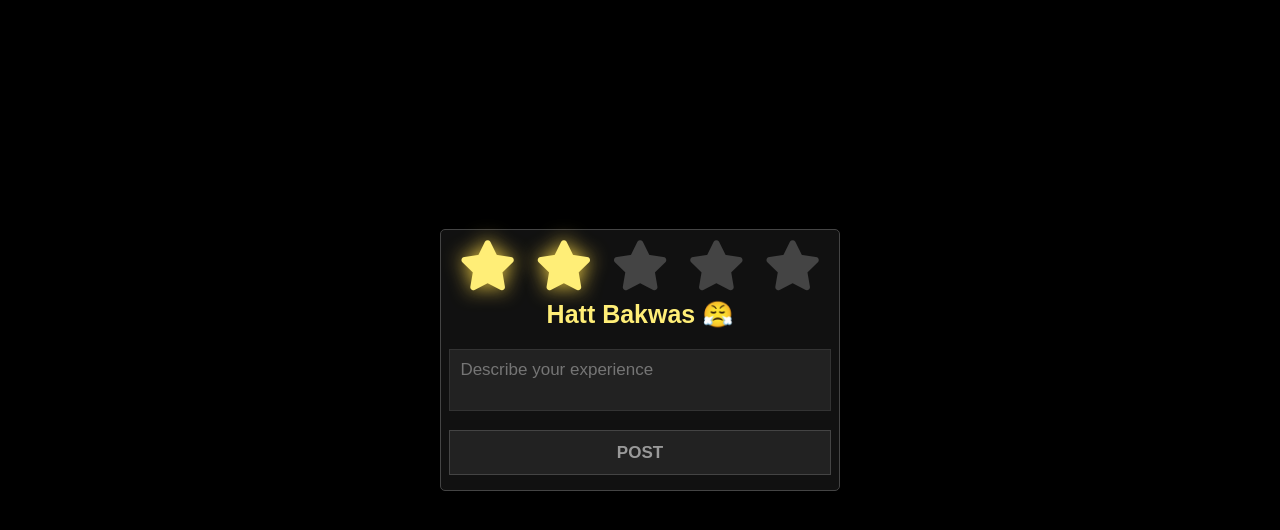
Repository: Suryansh-D/Star-Ratings
Page: index.html
These files come from the project's save history. The page is drawn as it stood at one moment and after the next save; the edit follows.
The browser window is 1280 px wide. The pictures show the whole page.
The first `#rate-2` is checked.

Above is the page before, as saved 2024-02-03 10:17:08.

After the next save:
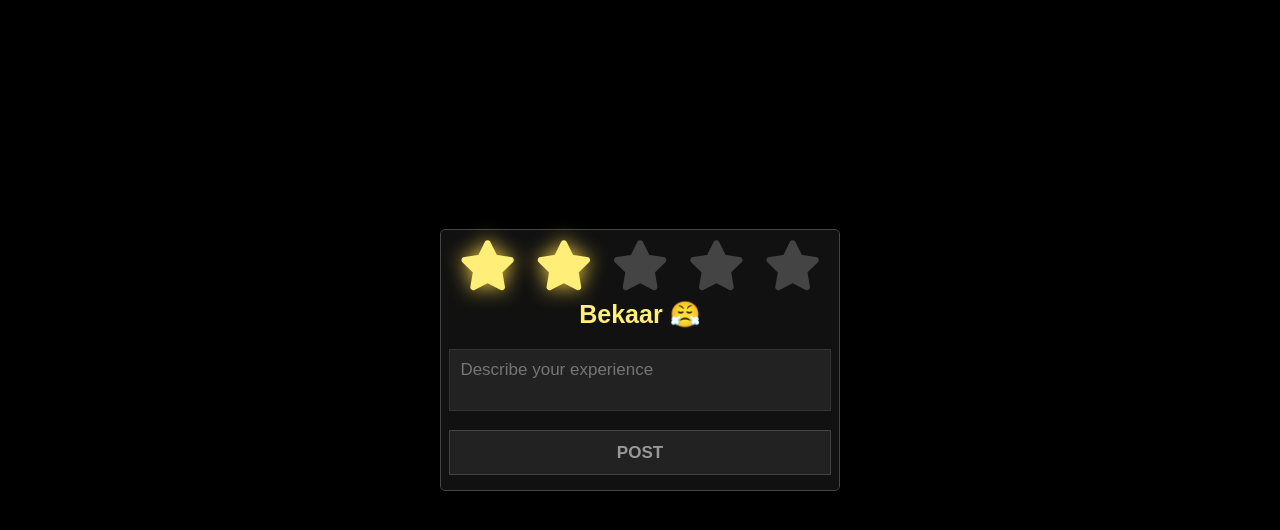
Saved 7 s later.
--- a/style.css
+++ b/style.css
@@ -69,7 +69,7 @@ input#rate-1:checked ~ label{
 
 }
 #rate-2:checked ~ form header:before{
-    content: "Hatt Bakwas 😤";
+    content: "Bekaar 😤";
 }
 #rate-3:checked ~ form header:before{
     content: "Hatt Bakwas 😤";
